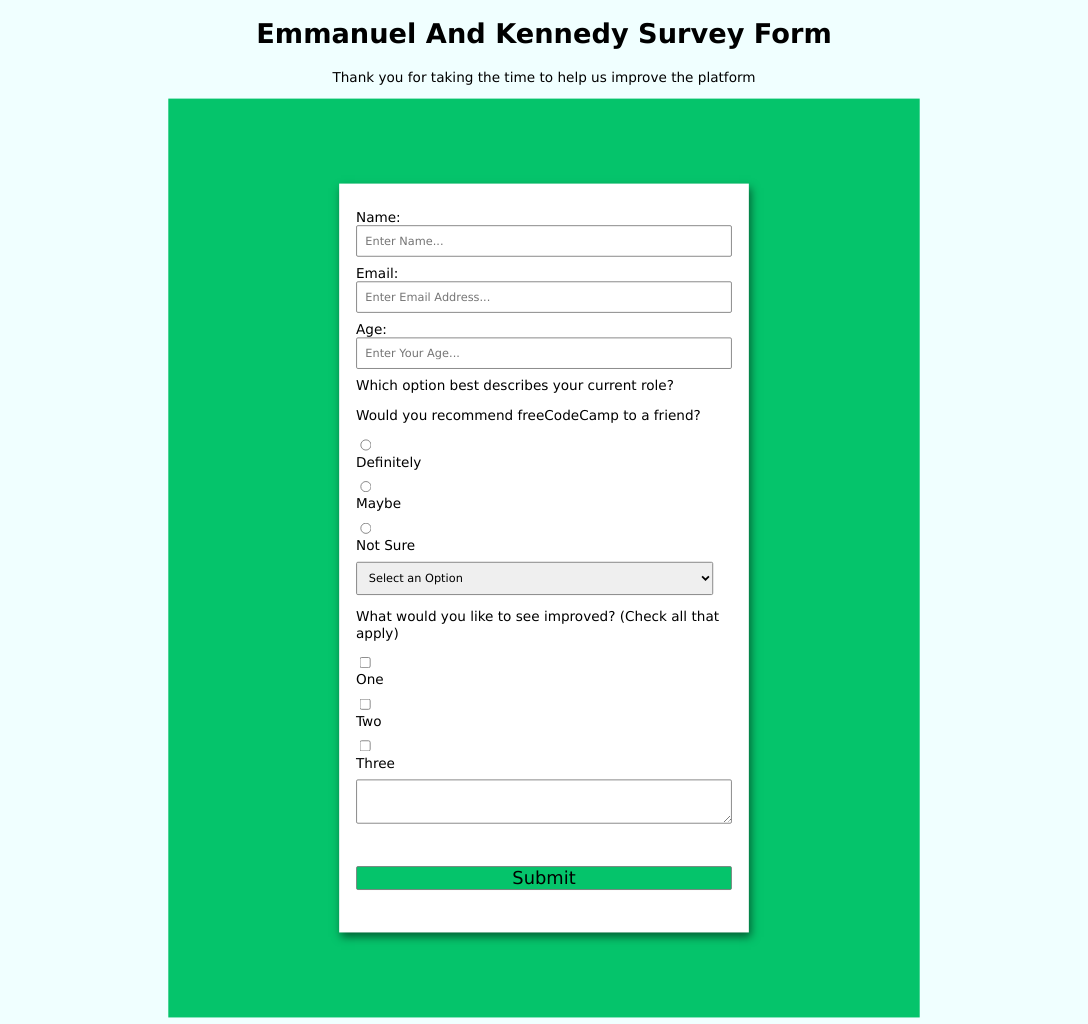
Repository: kennedyowusu/EmmaAndKen
Page: index.html
The author's editor kept a copy of each file at every save. The page is drawn from the files as they stood at one save, then again after the next save.
The browser window is 1280 px wide. The pictures show the whole page, at 85% of full size.

Above is the page before, as saved 2022-08-14 11:55:02.

### index.html
<!DOCTYPE html>
<html lang="en">
  <head>
    <meta charset="UTF-8" />
    <title>Fork Me! FCC: Test Suite Template</title>
    <link rel="stylesheet" href="css/style.css" />
  </head>

  <body>
    <script src="https://cdn.freecodecamp.org/testable-projects-fcc/v1/bundle.js"></script>

    <!--
    Hello Camper!
    For now, the test suite only works in Chrome!
    Please read the README below in the JS Editor before beginning.
    Feel free to delete this message once you have read it.
    Good luck and Happy Coding!
    - The freeCodeCamp Team
    -->

    <div class="heading">
      <h1 id="title">Emmanuel And Kennedy Survey Form</h1>
      <p id="description">
        Thank you for taking the time to help us improve the platform
      </p>
      <div class="form-main">
        <form id="survey-form">
          <label id="name-label">
            Name:
            <input type="text" id="name" required placeholder="Enter Name..." />
          </label>

          <label id="email-label">
             Email:
            <input
              type="email"
              id="email"
              required
              placeholder="Enter Email Address..."
            />
          </label>

          <label id="number-label">
             Age:
            <input
              type="number"
              min="0"
              max="9"
              id="number"

              placeholder="Enter Your Age..."
            />
          </label>

          <label>Which option best describes your current role?</label>


          <div>
            <p>Would you recommend freeCodeCamp to a friend?</p>
            <input type="radio" name="radio" value="1" id="radio1" />
            <label for="radio1">Definitely</label>

            <input type="radio" name="radio" value="2" id="radio2" />
            <label for="radio2">Maybe</label>

            <input type="radio" name="radio" value="3" id="radio3" />
            <label for="radio3">Not Sure</label>
          </div>

          <select name="" id="">
            <option value="">
              Select an Option
            </option>

            <option value="1">
              Challenges
            </option>

            <option value="2">
              Projects
            </option>

            <option value="3">
              Community
            </option>

            <option value="4">
              Open Source
            </option>
          </select>


          <div>
            <p>What would you like to see improved? (Check all that apply)</p>

            <input type="checkbox" name="checkbox" value="1" id="checkbox1" />
            <label for="checkbox1">One</label>
            <input type="checkbox" name="checkbox" value="2" id="checkbox2" />
            <label for="checkbox2">Two</label>
            <input type="checkbox" name="checkbox" value="3" id="checkbox3" />
            <label for="checkbox3">Three</label>
          </div>

          <textarea> </textarea>

          <button id="submit" type="submit">Submit</button>
        </form>
      </div>
    </div>

    <script src="js/index.js"></script>
  </body>
</html>

### css/style.css
body {
    background-color: azure;
    font-family: Verdana, Geneva, Tahoma, sans-serif;
    text-align: center;
}

.form-main {
    text-align: left;
    margin-bottom: 25px;
    background-color: #05c46b;
    width: 70%;
    margin: auto;
    display: flex;
    flex-direction: column;
    align-items: center;
}

form {
    background-color: #fff;
    max-width: 50%;
    margin: 100px auto;
    padding: 30px 20px;
    box-shadow: 2px 5px 10px rgba(0, 0, 0, 0.5);
}

.form-main label {
    display: block;
    margin-bottom: 10px;
}

.selected {
    display: block;
}

.form-main input,
.form-main select,
.form-main textarea {
    border: 1px solid #777;
    border-radius: 2px;
    font-family: inherit;
    padding: 10px;
    display: block;
    width: 95%;
}

.form-main input[type="radio"],
.form-main input[type="checkbox"] {
    display: inline-block;
    width: auto;
}

button {
    background-color: #05c46b;
    border: 1px solid #777;
    border-radius: 2px;
    font-family: inherit;
    font-size: 21px;
    display: block;
    width: 100%;
    margin-top: 50px;
    margin-bottom: 20px;
}

### js/index.js
// !! IMPORTANT README:

// You may add additional external JS and CSS as needed to complete the project, however the current external resource MUST remain in place for the tests to work. BABEL must also be left in place.

/***********
INSTRUCTIONS:
  - Select the project you would
    like to complete from the dropdown
    menu.
  - Click the "RUN TESTS" button to
    run the tests against the blank
    pen.
  - Click the "TESTS" button to see
    the individual test cases.
    (should all be failing at first)
  - Start coding! As you fulfill each
    test case, you will see them go
    from red to green.
  - As you start to build out your
    project, when tests are failing,
    you should get helpful errors
    along the way!
    ************/

// PLEASE NOTE: Adding global style rules using the * selector, or by adding rules to body {..} or html {..}, or to all elements within body or html, i.e. h1 {..}, has the potential to pollute the test suite's CSS. Try adding: * { color: red }, for a quick example!

// Once you have read the above messages, you can delete all comments.
"use strict";

After the next save:
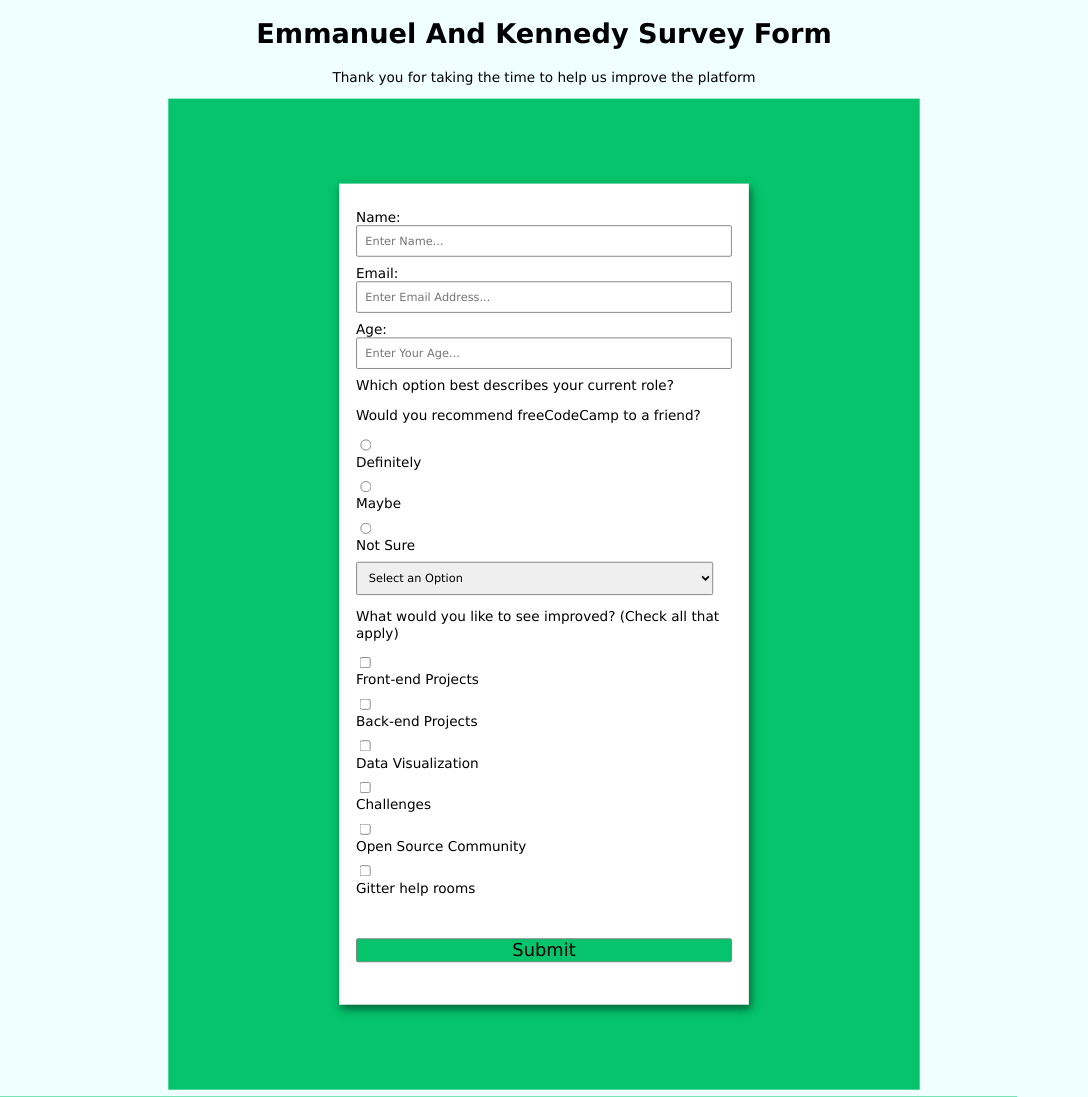
Saved 2 min 14 s later.
--- a/index.html
+++ b/index.html
@@ -94,14 +94,28 @@
             <p>What would you like to see improved? (Check all that apply)</p>
 
             <input type="checkbox" name="checkbox" value="1" id="checkbox1" />
-            <label for="checkbox1">One</label>
+            <label for="checkbox1">Front-end Projects</label>
+
             <input type="checkbox" name="checkbox" value="2" id="checkbox2" />
-            <label for="checkbox2">Two</label>
+            <label for="checkbox2">Back-end Projects</label>
+
             <input type="checkbox" name="checkbox" value="3" id="checkbox3" />
-            <label for="checkbox3">Three</label>
+            <label for="checkbox3">Data Visualization</label>
+
+            <input type="checkbox" name="checkbox" value="4" id="checkbox4" />
+            <label for="checkbox4">Challenges</label>
+
+            <input type="checkbox" name="checkbox" value="5" id="checkbox5" />
+            <label for="checkbox5">Open Source Community
+</label>
+
+            <input type="checkbox" name="checkbox" value="6" id="checkbox6" />
+            <label for="checkbox6">Gitter help rooms</label>
           </div>
 
-          <textarea> </textarea>
+
+
+
 
           <button id="submit" type="submit">Submit</button>
         </form>
